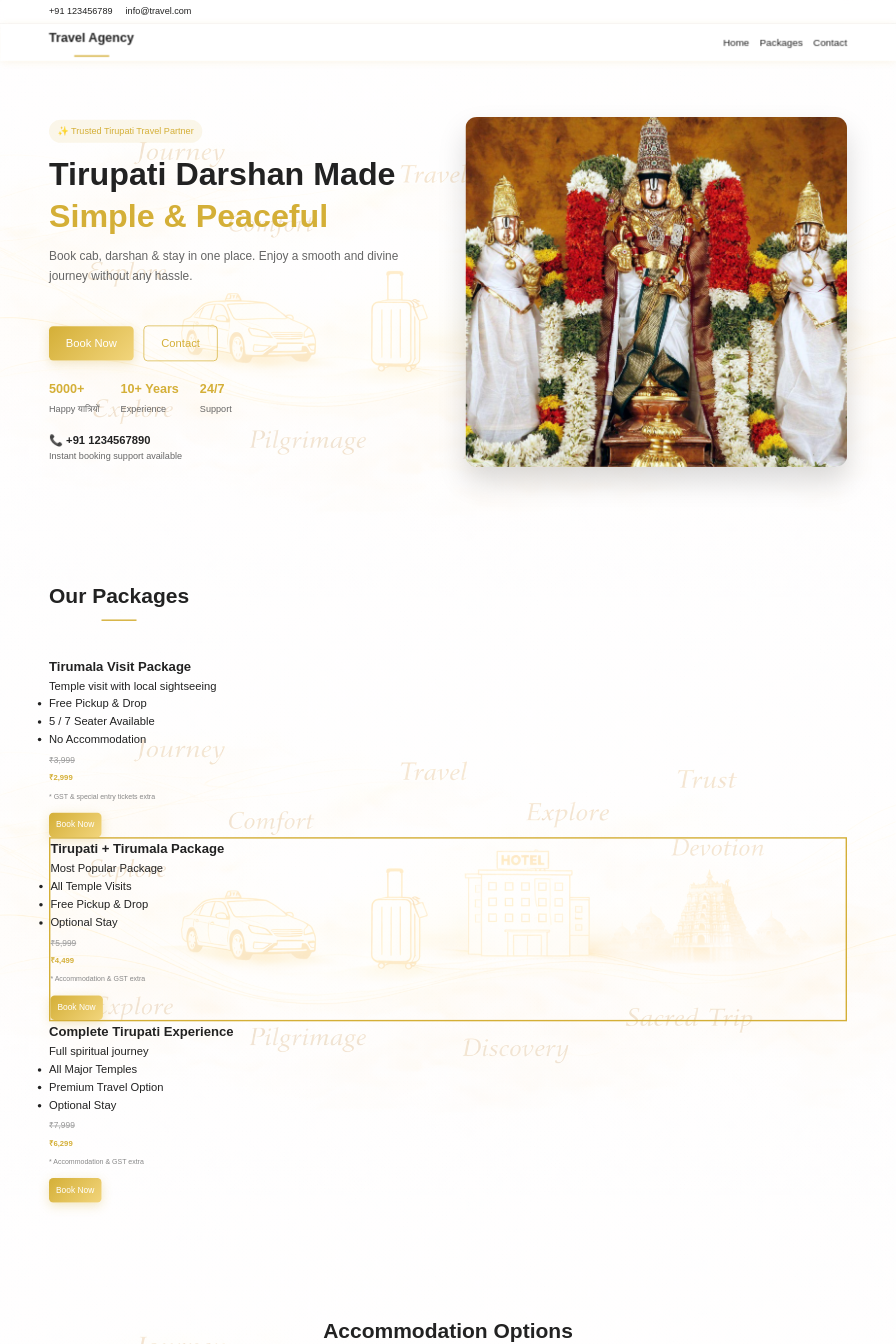
Repository: heytirupati/Bookingweb
Page: tirupathi.html
The author's editor kept a copy of each file at every save. The page is drawn from the files as they stood at one save, then again after the next save.
The browser window is 1280 px wide. The pictures show the part of the page from y = 0 to 1920 px (the page is 3400 px tall before and 3460 px after), at 70% of full size.
Backgrounds fixed to the window are drawn as part of the page.

Above is the page before, as saved 2026-03-29 10:55:56.
Console error: TypeError: Cannot read properties of null (reading 'addEventListener')

After the next save:
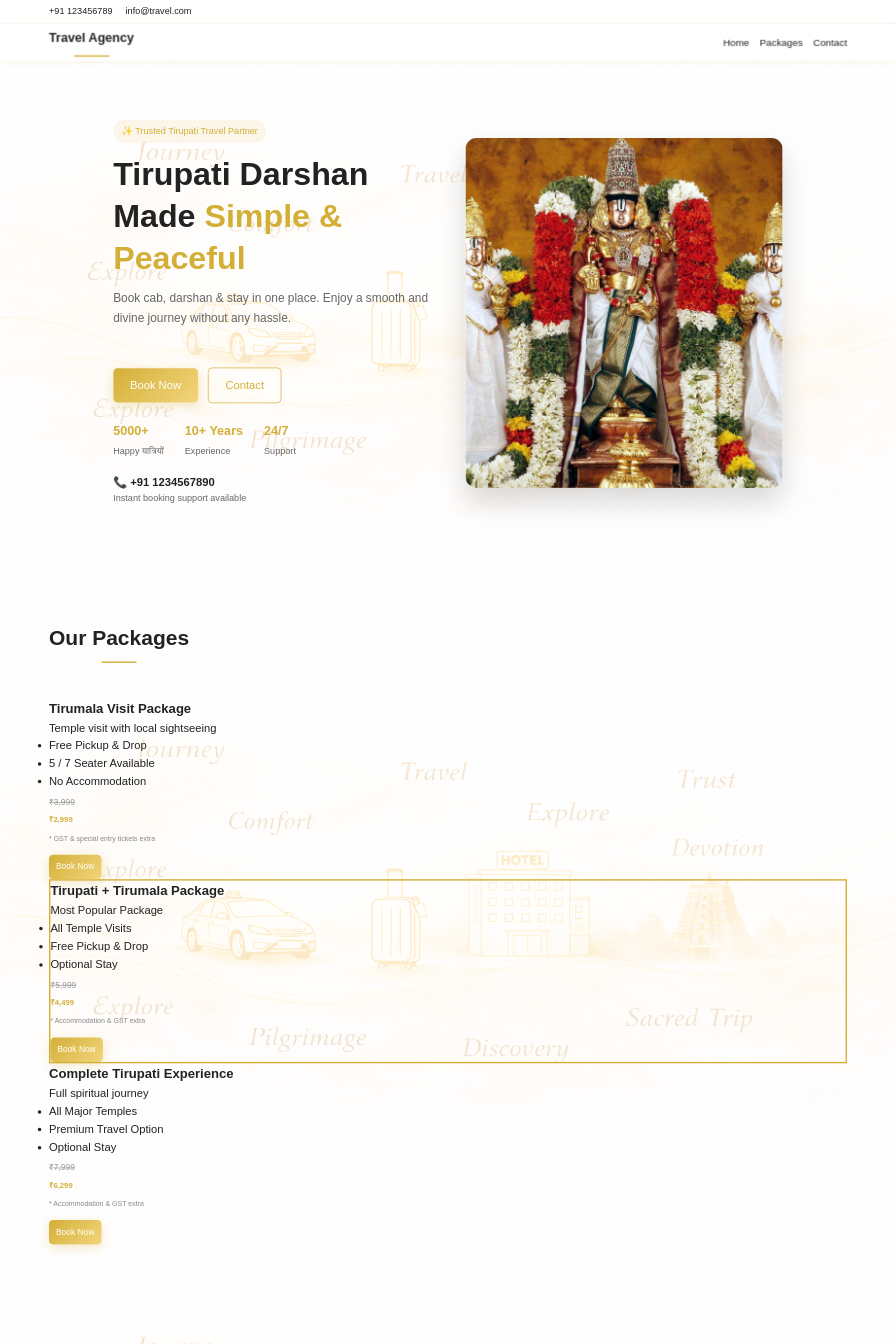
Saved 4 s later.
--- a/css/tirupati.css
+++ b/css/tirupati.css
@@ -21,7 +21,7 @@
 
 
 /* ===============================
-   HERO SECTION
+   HERO SECTION   */
 .tirupati-hero {
     min-height: 100vh;
     display: flex;
